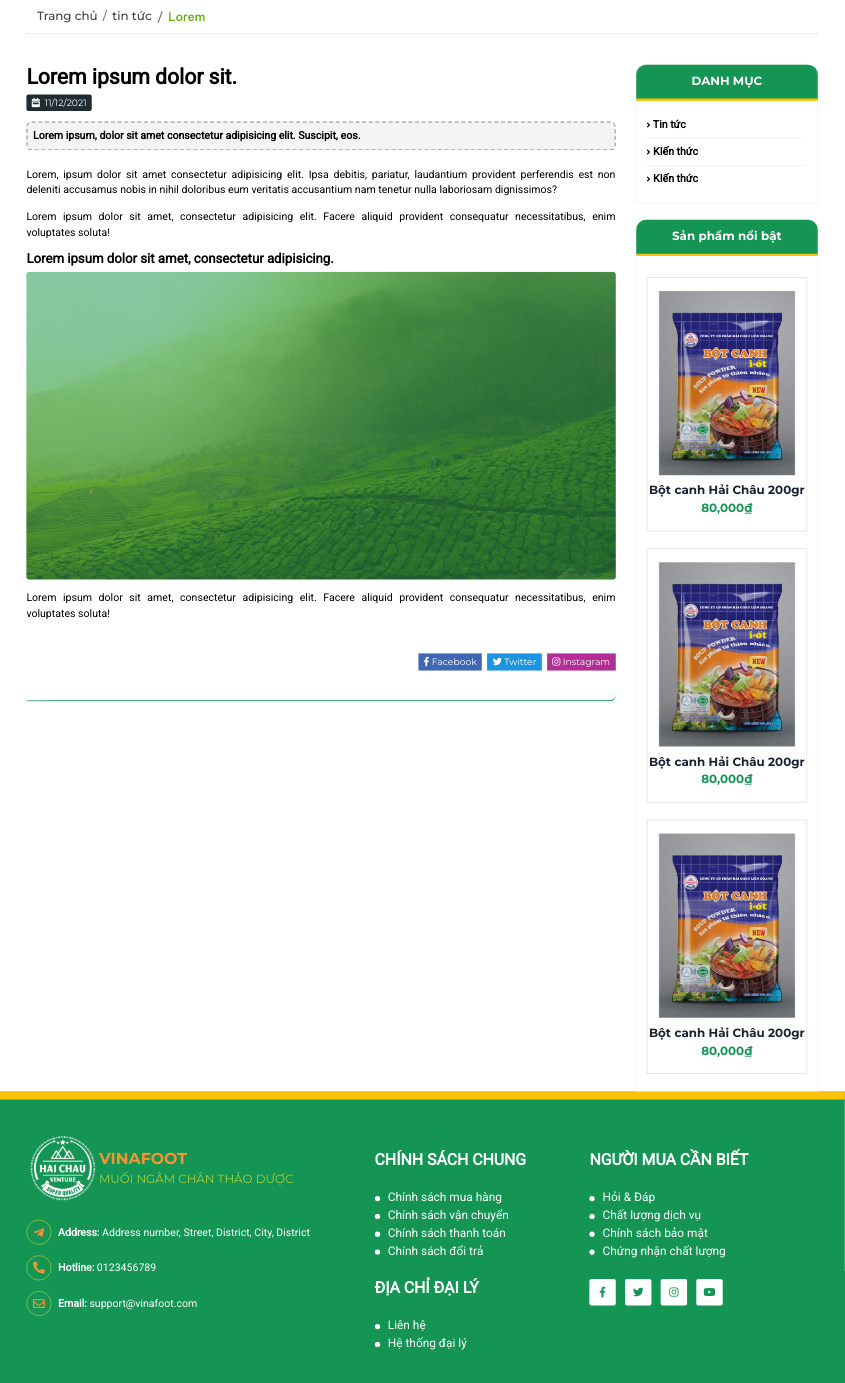
Repository: haianh12082001/VINAFOOT
Page: news-detail.html
An editor plug-in stored every save of this project. The page is shown before and after the next save, followed by the edit.
The browser window is 1280 px wide. The pictures show the whole page, at 66% of full size.
Some web libraries are served in a nearby version.

Above is the page before, as saved 2021-12-12 20:47:58.

### news-detail.html
<!DOCTYPE html>
<html lang="en">
    <head>
        <meta charset="UTF-8" />
        <meta http-equiv="X-UA-Compatible" content="IE=edge" />
        <meta name="viewport" content="width=device-width, initial-scale=1.0" />
        <link href="https://fonts.googleapis.com/css2?family=Montserrat:wght@300;400;500;700;900&display=swap" rel="stylesheet" />
        <link href="https://fonts.googleapis.com/css?family=Roboto" rel="stylesheet" />
        <link href="https://fonts.googleapis.com/css2?family=Be+Vietnam+Pro:wght@500&display=swap" rel="stylesheet" />
        <link rel="stylesheet" href="./assets/fonts/fontawesome-free-5.15.3/css/all.min.css" />
        <link
            rel="stylesheet"
            href="https://cdn.jsdelivr.net/npm/bootstrap@4.6.0/dist/css/bootstrap.min.css"
            integrity="sha384-B0vP5xmATw1+K9KRQjQERJvTumQW0nPEzvF6L/Z6nronJ3oUOFUFpCjEUQouq2+l"
            crossorigin="anonymous"
        />
        <link rel="stylesheet" type="text/css" href="https://cdn.jsdelivr.net/npm/slick-carousel@1.8.1/slick/slick.css" />
        <link rel="stylesheet" href="./assets/css/app.css" />
        <title>Document</title>
    </head>
    <body>
        <div class="box-breadcrumb">
            <div class="container">
                <ul class="breadcrumb">
                    <li class="breadcrumb-item"><a href="">Trang chủ</a></li>
                    <li class="breadcrumb-item"><a href="">tin tức</a></li>
                    <li class="breadcrumb-item active">Lorem</li>
                </ul>
            </div>
        </div>
        <section class="news-detail">
            <div class="container">
                <div class="row">
                    <div class="col-lg-9">
                        <h1 class="article-title">Lorem ipsum dolor sit.</h1>
                        <div class="article-date mb-3">
                            <i class="fas fa-calendar-week mr-1"></i>
                            11/12/2021
                        </div>
                        <div class="sapo-detail mb-2">Lorem ipsum, dolor sit amet consectetur adipisicing elit. Suscipit, eos.</div>
                        <div class="content-detail py-3">
                            <p>
                                Lorem, ipsum dolor sit amet consectetur adipisicing elit. Ipsa debitis, pariatur, laudantium provident perferendis est non
                                deleniti accusamus nobis in nihil doloribus eum veritatis accusantium nam tenetur nulla laboriosam dignissimos?
                            </p>
                            <p>
                                Lorem ipsum dolor sit amet, consectetur adipisicing elit. Facere aliquid provident consequatur necessitatibus, enim voluptates
                                soluta!
                            </p>
                            <h2>
                                <strong>Lorem ipsum dolor sit amet, consectetur adipisicing.</strong>
                            </h2>
                            <p>
                                <img src="./assets/img/intro/Group 349.jpg" alt="" />
                            </p>
                            <p>
                                Lorem ipsum dolor sit amet, consectetur adipisicing elit. Facere aliquid provident consequatur necessitatibus, enim voluptates
                                soluta!
                            </p>
                        </div>
                        <ul class="share-social d-flex justify-content-end mt-3">
                            <li>
                                <button class="button btn-fb">
                                    <i class="fab fa-facebook-f"></i>
                                    Facebook
                                </button>
                            </li>
                            <li>
                                <button class="button btn-twitter">
                                    <i class="fab fa-twitter"></i>
                                    Twitter
                                </button>
                            </li>
                            <li>
                                <button class="button btn-instagram">
                                    <i class="fab fa-instagram"></i>
                                    Instagram
                                </button>
                            </li>
                        </ul>
                        <div class="title-md">
                            <div class="row mb-3">
                                <div class="col-lg-4 col-md-6 mb-lg-4 mb-3"></div>
                            </div>
                        </div>
                    </div>
                    <div class="col-lg-3 mt-lg-0 mt-3">
                        <div class="box-side">
                            <div class="title">DANH MỤC</div>
                            <div class="body">
                                <ul class="menu-right">
                                    <li>
                                        <a href="">
                                            <i class="fas fa-angle-right"></i>
                                            Tin tức
                                        </a>
                                        <!-- <ul>
                                            <li>
                                                <a href="">
                                                    <i class="fas fa-arrow-right"></i>
                                                    Tin tức
                                                </a>
                                            </li>
                                        </ul> -->
                                    </li>
                                    <li>
                                        <a href="">
                                            <i class="fas fa-angle-right"></i>
                                            KIến thức
                                        </a>
                                    </li>
                                    <li>
                                        <a href="">
                                            <i class="fas fa-angle-right"></i>
                                            KIến thức
                                        </a>
                                    </li>
                                </ul>
                            </div>
                        </div>
                        <div class="box-side mt-lg-4 mt-3">
                            <div class="title">Sản phẩm nổi bật</div>
                            <div class="body">
                                <div class="row">
                                    <div class="mt-3 col-lg-12 col-6">
                                        <div class="product-item">
                                            <a href=""><img src="./assets/img/product/Rectangle 196.png" alt="" /></a>
                                            <div class="product-body">
                                                <a href=""> <div class="product-name">Bột canh Hải Châu 200gr</div></a>
                                                <div class="product-price">80,000₫</div>
                                            </div>
                                        </div>
                                    </div>
                                    <div class="mt-3 col-lg-12 col-6">
                                        <div class="product-item">
                                            <a href=""><img src="./assets/img/product/Rectangle 196.png" alt="" /></a>
                                            <div class="product-body">
                                                <a href=""> <div class="product-name">Bột canh Hải Châu 200gr</div></a>
                                                <div class="product-price">80,000₫</div>
                                            </div>
                                        </div>
                                    </div>
                                    <div class="mt-3 col-lg-12 col-6">
                                        <div class="product-item">
                                            <a href=""><img src="./assets/img/product/Rectangle 196.png" alt="" /></a>
                                            <div class="product-body">
                                                <a href=""> <div class="product-name">Bột canh Hải Châu 200gr</div></a>
                                                <div class="product-price">80,000₫</div>
                                            </div>
                                        </div>
                                    </div>
                                </div>
                            </div>
                        </div>
                    </div>
                </div>
            </div>
        </section>
        <div class="footer">
            <div class="line"></div>
            <div class="container">
                <div class="row py-5">
                    <div class="col-lg-5 col-12">
                        <div class="logo d-flex mb-lg-4">
                            <img src="./assets/img/logo-footer.png" alt="" />
                            <div class="d-flex flex-column justify-content-center">
                                <div class="company">vinafoot</div>
                                <div class="name">muối ngâm chân thảo dược</div>
                            </div>
                        </div>
                        <div class="d-flex flex-column">
                            <div class="item d-flex align-items-center mb-3">
                                <div class="icon"><i class="fab fa-telegram-plane"></i></div>
                                <span><b>Address:</b> Address number, Street, District, City, District</span>
                            </div>
                            <div class="item d-flex align-items-center mb-3">
                                <div class="icon"><i class="fas fa-phone-alt"></i></div>
                                <span><b>Hotline:</b> 0123456789</span>
                            </div>
                            <div class="item d-flex align-items-center mb-3">
                                <div class="icon"><i class="far fa-envelope"></i></div>
                                <span><b>Email:</b> support@vinafoot.com</span>
                            </div>
                        </div>
                    </div>
                    <div class="col-lg-4 px-lg-5 col-sm-6 order-sm-2">
                        <div class="title">Người mua cần biết</div>
                        <ul class="list">
                            <li>Hỏi & Đáp</li>
                            <li>Chất lượng dịch vụ</li>
                            <li>Chính sách bảo mật</li>
                            <li>Chứng nhận chất lượng</li>
                        </ul>
                        <div class="social d-flex">
                            <a href="">
                                <div class="social-icon">
                                    <i class="fab fa-facebook-f"></i>
                                </div>
                            </a>
                            <a href="">
                                <div class="social-icon">
                                    <i class="fab fa-twitter"></i>
                                </div>
                            </a>
                            <a href="">
                                <div class="social-icon">
                                    <i class="fab fa-instagram"></i>
                                </div>
                            </a>
                            <a href="">
                                <div class="social-icon">
                                    <i class="fab fa-youtube"></i>
                                </div>
                            </a>
                        </div>
                    </div>
                    <div class="col-lg-3 col-sm-6 order-sm-1">
                        <div class="col-12">
                            <div class="title">Chính sách chung</div>
                            <ul class="list">
                                <li>Chính sách mua hàng</li>
                                <li>Chính sách vận chuyển</li>
                                <li>Chính sách thanh toán</li>
                                <li>Chính sách đổi trả</li>
                            </ul>
                        </div>
                        <div class="col-12">
                            <div class="title">ĐỊa chỉ đại lý</div>
                            <ul class="list">
                                <li>Liên hệ</li>
                                <li>Hệ thống đại lý</li>
                            </ul>
                        </div>
                    </div>
                </div>
            </div>
        </div>
        <script type="text/javascript" src="https://code.jquery.com/jquery-1.11.0.min.js"></script>
        <script type="text/javascript" src="https://code.jquery.com/jquery-migrate-1.2.1.min.js"></script>
        <script
            src="https://cdnjs.cloudflare.com/ajax/libs/bootstrap/4.6.0/js/bootstrap.min.js"
            integrity="sha512-XKa9Hemdy1Ui3KSGgJdgMyYlUg1gM+QhL6cnlyTe2qzMCYm4nAZ1PsVerQzTTXzonUR+dmswHqgJPuwCq1MaAg=="
            crossorigin="anonymous"
            referrerpolicy="no-referrer"
        ></script>
        <script type="text/javascript" src="https://cdn.jsdelivr.net/npm/slick-carousel@1.8.1/slick/slick.min.js"></script>
        <script src="./assets/js/main.js"></script>
    </body>
</html>

Loaded but not shown: assets/fonts/fontawesome-free-5.15.3/css/all.min.css (library); assets/js/main.js (103 lines, source omitted); assets/css/app.css (2055 lines, source omitted)

After the next save:
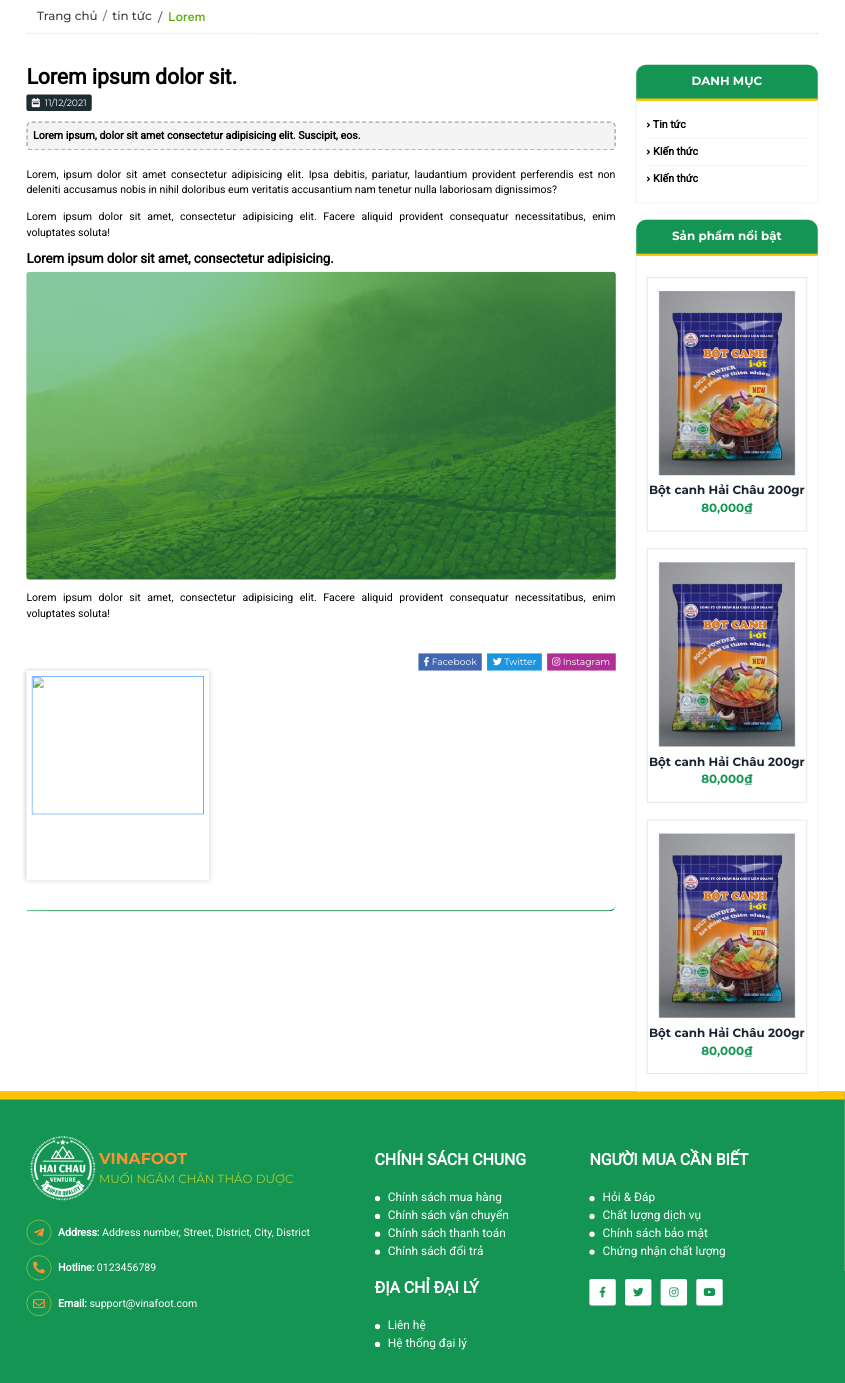
Saved 57 s later.
--- a/news-detail.html
+++ b/news-detail.html
@@ -80,7 +80,16 @@
                         </ul>
                         <div class="title-md">
                             <div class="row mb-3">
-                                <div class="col-lg-4 col-md-6 mb-lg-4 mb-3"></div>
+                                <div class="col-lg-4 col-md-6 mb-lg-4 mb-3">
+                                    <div class="item-article">
+                                        <a href="">
+                                            <img src="" alt="" />
+                                        </a>
+                                        <div class="body">
+                                            <div class="name truncate-h"></div>
+                                        </div>
+                                    </div>
+                                </div>
                             </div>
                         </div>
                     </div>
